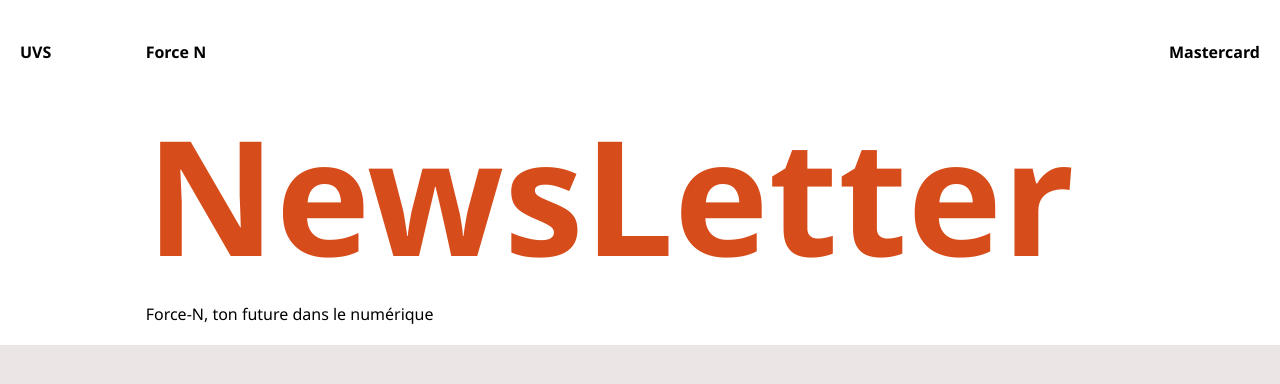
Repository: Ken-dia/newsletters_force_n
Page: index.html
An editor plug-in stored every save of this project. The page is shown before and after the next save, followed by the edit.
The browser window is 1280 px wide. The pictures show the whole page.

Above is the page before, as saved 2024-04-18 12:48:31.

### index.html
<!DOCTYPE html>
<html lang="en">
<head>
    <meta charset="UTF-8">
    <meta name="viewport" content="width=device-width, initial-scale=1.0">
    <link rel="stylesheet" href="styles.css">
    <title>FORCEN</title>
</head>
<body>
    <div class="entete">
        <div class="logos">
            <div class="logo">
                <h4>UVS</h4>
            </div>
            <div class="logo">
                <h4>Force N</h4>
                <div class="title-newsletters">NewsLetter</div>
                <div class="subtitle-newsletters">Force-N, ton future dans le numérique</div>
            </div>
            <div class="logo">
                <h4>Mastercard</h4>
            </div>

        </div>
    </div>

</body>
</html>

### styles.css
body {
    font-family: 'Segoe UI', Tahoma, Geneva, Verdana, sans-serif;
    background-color: rgb(235, 229, 229);
   margin: 0px;
}
.entete {
    background-color: white;
    padding: 20px;
}
.logos {
    display: flex;
    justify-content: space-between;
}
.title-newsletters {
    color: rgb(214, 76, 26);
    font-size: 10rem;
    font-weight: bold;

}

After the next save:
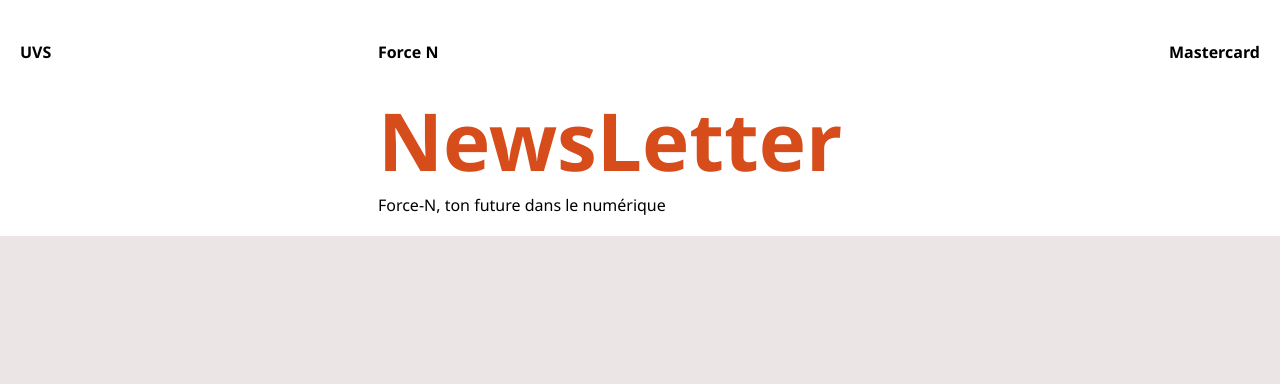
Saved 33 s later.
--- a/styles.css
+++ b/styles.css
@@ -13,7 +13,7 @@
 }
 .title-newsletters {
     color: rgb(214, 76, 26);
-    font-size: 10rem;
-    font-weight: bold;
+    font-size: 5rem;
+    font-weight: bolder;
 
 }
